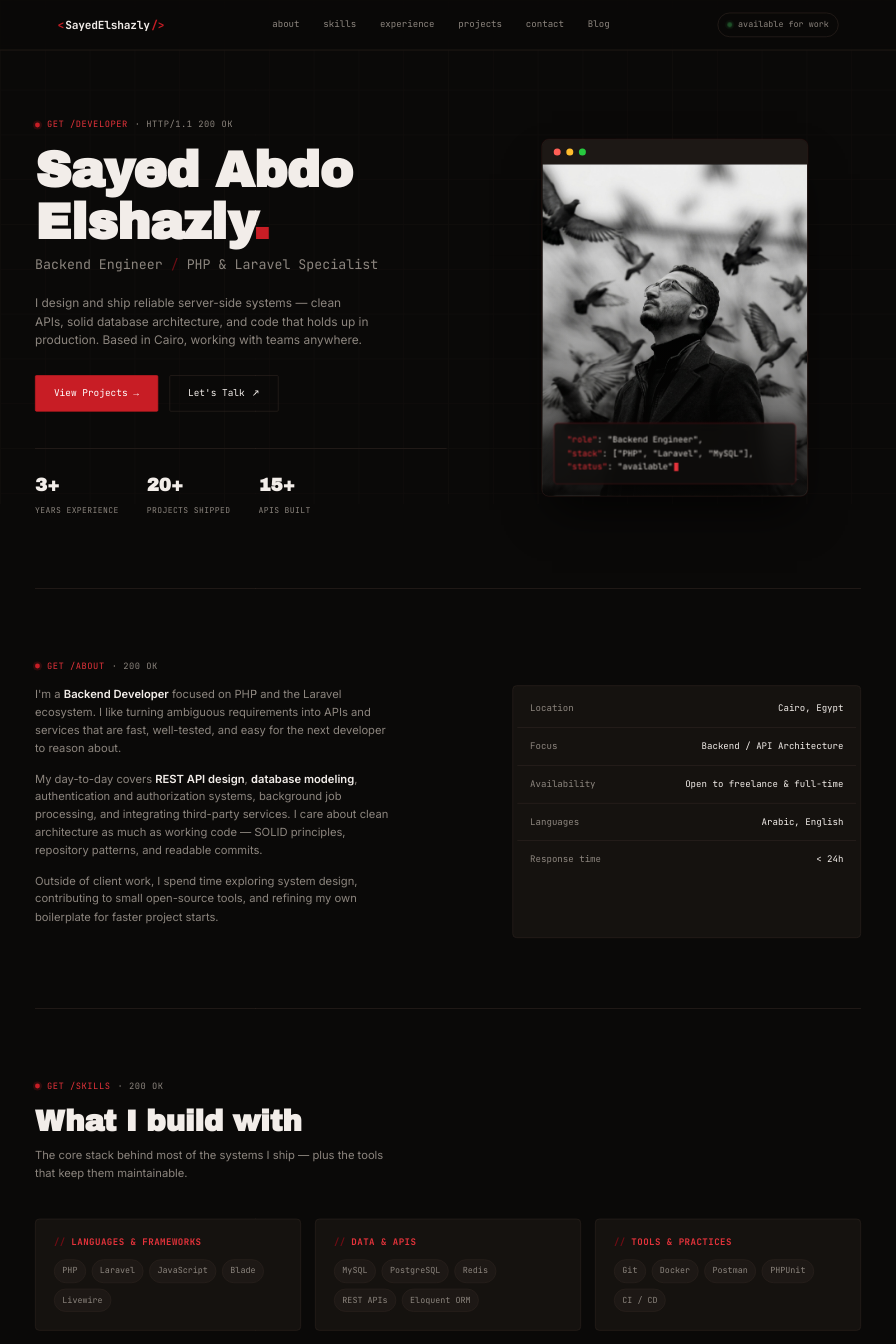
Repository: sayedelshazly/Portfolio.SE
Page: index.html
The author's editor kept a copy of each file at every save. The page is drawn from the files as they stood at one save, then again after the next save.
The browser window is 1280 px wide. The pictures show the part of the page from y = 0 to 1920 px (the page is 4839 px tall before and 5736 px after), at 70% of full size.

Above is the page before, as saved 2026-10-09 23:09:15.

### index.html
<!DOCTYPE html>
<html lang="en">

<head>
  <meta charset="UTF-8">
  <meta name="viewport" content="width=device-width, initial-scale=1.0">
  <title>Sayed Elshazly — Backend Engineer</title>
  <script>
    document.documentElement.classList.add('is-loading');
    window.__pageLoadStartedAt = performance.now();
  </script>
  <link rel="preconnect" href="https://fonts.googleapis.com">
  <link rel="preconnect" href="https://fonts.gstatic.com" crossorigin>
  <link
    href="https://fonts.googleapis.com/css2?family=Archivo+Black&family=JetBrains+Mono:wght@400;500;600;700&family=Inter:wght@400;500;600;700;800&display=swap"
    rel="stylesheet">
  <link rel="stylesheet" href="style.css">
</head>

<body>

  <div class="preloader" id="preloader" role="status" aria-live="polite" aria-label="Loading website">
    <div class="loader-content">
      <span class="loader-mark"><span>&lt;</span>SE<span>/&gt;</span></span>
      <span class="loader-spinner" aria-hidden="true"></span>
      <span class="loader-text">Preparing your experience</span>
      <span class="loader-progress" aria-hidden="true"><span></span></span>
    </div>
  </div>

  <header>
    <div class="reading-progress" aria-hidden="true"><span id="readingProgress"></span></div>
    <nav>
      <a class="logo" href="#top" aria-label="Sayed Elshazly, back to top"><span class="br">&lt;</span>SayedElshazly<span class="br">/&gt;</span></a>
      <ul class="nav-links">
        <li><a href="#about">about</a></li>
        <li><a href="#skills">skills</a></li>
        <li><a href="#experience">experience</a></li>
        <li><a href="#projects">projects</a></li>
        <li><a href="#contact">contact</a></li>
        <li><a href="#">Blog</a></li>
      </ul>
      <div class="status-pill"><span class="dot"></span><span class="label">available for work</span></div>
    </nav>
  </header>

  <main>

    <!-- ================= HERO ================= -->
    <section class="hero wrap" id="top">
      <div>
        <div class="eyebrow">GET /developer <span class="status">· HTTP/1.1 200 OK</span></div>
        <h1>Sayed Abdo Elshazly<span class="accent">.</span></h1>
        <div class="role">Backend Engineer <span class="pipe">/</span> PHP &amp; Laravel Specialist</div>
        <p class="lede">I design and ship reliable server-side systems — clean APIs, solid database
          architecture, and code that holds up in production. Based in Cairo, working with teams
          anywhere.</p>
        <div class="btn-row">
          <a href="#projects" class="btn btn-primary">View Projects →</a>
          <a href="#contact" class="btn btn-ghost">Let's Talk <span aria-hidden="true">↗</span></a>
        </div>
        <div class="stat-row">
          <div class="stat"><b>3+</b><span>Years Experience</span></div>
          <div class="stat"><b>20+</b><span>Projects Shipped</span></div>
          <div class="stat"><b>15+</b><span>APIs Built</span></div>
        </div>
      </div>

      <div class="term-card">
        <div class="term-bar">
          <span class="tdot"></span><span class="tdot"></span><span class="tdot"></span>
          <!-- <span class="tpath">~/portfolio/profile.jpg</span> -->
        </div>
        <div class="term-photo">
          <img src="./portrait2.jpeg" alt="Portrait of Sayed Elshazly, backend engineer">
          <div class="scan"></div>
          <div class="term-json">
            <span class="k">"role"</span>: <span class="s">"Backend Engineer"</span>,<br>
            <span class="k">"stack"</span>: <span class="s">["PHP", "Laravel", "MySQL"]</span>,<br>
            <span class="k">"status"</span>: <span class="s">"available"</span><span class="cursor"></span>
          </div>
        </div>
      </div>
    </section>

    <!-- ================= ABOUT ================= -->
    <section class="about wrap" id="about">
      <div class="eyebrow">GET /about <span class="status">· 200 OK</span></div>
      <div class="about-grid">
        <div>
          <p>I'm a <b>Backend Developer</b> focused on PHP and the Laravel ecosystem. I like
            turning ambiguous requirements into APIs and services that are fast, well-tested,
            and easy for the next developer to reason about.</p>
          <p>My day-to-day covers <b>REST API design</b>, <b>database modeling</b>, authentication
            and authorization systems, background job processing, and integrating third-party
            services. I care about clean architecture as much as working code — SOLID principles,
            repository patterns, and readable commits.</p>
          <p>Outside of client work, I spend time exploring system design, contributing to small
            open-source tools, and refining my own boilerplate for faster project starts.</p>
        </div>
        <ul class="fact-list">
          <li><span>Location</span><span>Cairo, Egypt</span></li>
          <li><span>Focus</span><span>Backend / API Architecture</span></li>
          <li><span>Availability</span><span>Open to freelance &amp; full-time</span></li>
          <li><span>Languages</span><span>Arabic, English</span></li>
          <li><span>Response time</span><span>&lt; 24h</span></li>
        </ul>
      </div>
    </section>

    <!-- ================= SKILLS ================= -->
    <section class="skills wrap" id="skills">
      <div class="section-head">
        <div class="eyebrow">GET /skills <span class="status">· 200 OK</span></div>
        <h2>What I build with</h2>
        <p>The core stack behind most of the systems I ship — plus the tools that keep them
          maintainable.</p>
      </div>
      <div class="skill-groups">
        <div class="skill-card">
          <h3>Languages &amp; Frameworks</h3>
          <div class="tag-row">
            <span class="tag">PHP</span>
            <span class="tag">Laravel</span>
            <span class="tag">JavaScript</span>
            <span class="tag">Blade</span>
            <span class="tag">Livewire</span>
          </div>
        </div>
        <div class="skill-card">
          <h3>Data &amp; APIs</h3>
          <div class="tag-row">
            <span class="tag">MySQL</span>
            <span class="tag">PostgreSQL</span>
            <span class="tag">Redis</span>
            <span class="tag">REST APIs</span>
            <span class="tag">Eloquent ORM</span>
          </div>
        </div>
        <div class="skill-card">
          <h3>Tools &amp; Practices</h3>
          <div class="tag-row">
            <span class="tag">Git</span>
            <span class="tag">Docker</span>
            <span class="tag">Postman</span>
            <span class="tag">PHPUnit</span>
            <span class="tag">CI / CD</span>
          </div>
        </div>
      </div>
    </section>

    <!-- ================= EXPERIENCE ================= -->
    <section class="experience wrap" id="experience">
      <div class="section-head">
        <div class="eyebrow">GET /experience <span class="status">· 200 OK</span></div>
        <h2>Where I've worked</h2>
      </div>
      <div class="log">
        <div class="log-entry">
          <div class="log-head">
            <span class="log-hash">#a3f21c</span>
            <span class="log-date">2024 — Present</span>
          </div>
          <h3>Backend Developer <span>@ Company Name</span></h3>
          <ul>
            <li>Designed and maintained REST APIs for production applications</li>
            <li>Improved response times through query optimization and caching</li>
            <li>Contributed to Laravel service architecture and system migrations</li>
          </ul>
          <div class="tag-row"><span class="tag">Laravel</span><span class="tag">MySQL</span><span
              class="tag">Redis</span></div>
        </div>
        <div class="log-entry">
          <div class="log-head">
            <span class="log-hash">#7d19e0</span>
            <span class="log-date">2022 — 2024</span>
          </div>
          <h3>PHP Developer <span>@ Previous Company</span></h3>
          <ul>
            <li>Built internal tools to streamline team workflows</li>
            <li>Implemented authentication and role-based access control system</li>
            <li>Collaborated with frontend team to define API contracts and documentation</li>
          </ul>
          <div class="tag-row"><span class="tag">PHP</span><span class="tag">Laravel</span><span
              class="tag">Docker</span></div>
        </div>
        <div class="log-entry">
          <div class="log-head">
            <span class="log-hash">#e40b52</span>
            <span class="log-date">2021 — 2022</span>
          </div>
          <h3>Junior Web Developer <span>@ First Company</span></h3>
          <ul>
            <li>Developed and maintained features across client projects</li>
            <li>Learned production-grade Laravel practices and code review discipline</li>
          </ul>
          <div class="tag-row"><span class="tag">PHP</span><span class="tag">MySQL</span></div>
        </div>
      </div>
    </section>

    <!-- ================= PROJECTS ================= -->
    <section class="projects wrap" id="projects">
      <div class="section-head">
        <div class="eyebrow">GET /projects <span class="status">· 200 OK</span></div>
        <h2>Selected work</h2>
        <p>A handful of systems and APIs I've designed end-to-end, from schema to deployment.</p>
      </div>
      <div class="project-grid">

        <div class="project-card">
          <div class="pc-top">
            <span class="method get">GET</span>
            <span class="route">/projects/inventory-api</span>
            <span class="status-code">200 OK</span>
          </div>
          <div class="pc-body">
            <h3>Project Name — Inventory API</h3>
            <p>A Laravel inventory and order management API with stock tracking across warehouse locations.</p>
            <div class="tag-row" style="margin-bottom:18px;">
              <span class="tag">Laravel</span><span class="tag">MySQL</span><span class="tag">Redis</span>
            </div>
            <div class="pc-links">
              <a href="#">Live ↗</a>
              <a href="#">GitHub ↗</a>
            </div>
          </div>
        </div>

        <div class="project-card">
          <div class="pc-top">
            <span class="method post">POST</span>
            <span class="route">/projects/booking-system</span>
            <span class="status-code">201 Created</span>
          </div>
          <div class="pc-body">
            <h3>Project Name — Booking System</h3>
            <p>End-to-end reservation platform with conflict-free scheduling logic, payment
              integration, and an admin dashboard for operators.</p>
            <div class="tag-row" style="margin-bottom:18px;">
              <span class="tag">Laravel</span><span class="tag">Livewire</span><span class="tag">PostgreSQL</span>
            </div>
            <div class="pc-links">
              <a href="#">Live ↗</a>
              <a href="#">GitHub ↗</a>
            </div>
          </div>
        </div>

        <div class="project-card">
          <div class="pc-top">
            <span class="method get">GET</span>
            <span class="route">/projects/analytics-service</span>
            <span class="status-code">200 OK</span>
          </div>
          <div class="pc-body">
            <h3>Project Name — Analytics Service</h3>
            <p>An internal reporting API that aggregates events with scheduled jobs and exportable CSV/PDF reports.</p>
            <div class="tag-row" style="margin-bottom:18px;">
              <span class="tag">PHP</span><span class="tag">MySQL</span><span class="tag">Queues</span>
            </div>
            <div class="pc-links">
              <a href="#">Live ↗</a>
              <a href="#">GitHub ↗</a>
            </div>
          </div>
        </div>

        <div class="project-card">
          <div class="pc-top">
            <span class="method put">PUT</span>
            <span class="route">/projects/auth-service</span>
            <span class="status-code">200 OK</span>
          </div>
          <div class="pc-body">
            <h3>Project Name — Auth Microservice</h3>
            <p>Standalone authentication service with JWT, role-based permissions, and
              and rate-limited endpoints for secure client applications.</p>
            <div class="tag-row" style="margin-bottom:18px;">
              <span class="tag">Laravel Sanctum</span><span class="tag">Redis</span><span class="tag">Docker</span>
            </div>
            <div class="pc-links">
              <a href="#">Live ↗</a>
              <a href="#">GitHub ↗</a>
            </div>
          </div>
        </div>

      </div>
    </section>

    <!-- ================= CONTACT ================= -->
    <section class="contact wrap" id="contact">
      <div class="eyebrow">POST /contact <span class="status">· awaiting request body</span></div>
      <div class="contact-grid">
        <div class="contact-info">
          <h2 style="font-size:30px;margin-bottom:16px;">Let's build something.</h2>
          <p>Have a backend project, an API that needs shipping, or a team that needs a
            Laravel developer? Send a message — I read everything myself.</p>
          <ul class="contact-channels">
            <li><span>Email</span><a href="mailto:you@example.com">you@example.com</a></li>
            <li><span>GitHub</span><a href="#">github.com/yourname</a></li>
            <li><span>LinkedIn</span><a href="#">linkedin.com/in/yourname</a></li>
            <li><span>Phone</span><a href="#">+20 1xx xxx xxxx</a></li>
          </ul>
        </div>
        <div>
          <form id="contactForm">
            <div>
              <label for="fname">Name</label>
              <input type="text" id="fname" name="name" placeholder="Your name" required>
            </div>
            <div>
              <label for="femail">Email</label>
              <input type="email" id="femail" name="email" placeholder="you@example.com" required>
            </div>
            <div>
              <label for="fmsg">Message</label>
              <textarea id="fmsg" name="message" placeholder="Tell me about the project..." required></textarea>
            </div>
            <div class="json-preview" id="jsonPreview">{
              <span class="k">"name"</span>: <span class="v">""</span>,
              <span class="k">"email"</span>: <span class="v">""</span>,
              <span class="k">"message"</span>: <span class="v">""</span>
              }</div>
            <button type="submit" class="btn btn-primary"
              style="justify-content:center;border:none;cursor:pointer;">Send Request →</button>
          </form>
        </div>
      </div>
    </section>

  </main>

  <footer>
    <div class="wrap">
      <span>© 2026 SE. All rights reserved.</span>
      <span><a href="#top">↑ back to top</a></span>
    </div>
  </footer>

  <a class="back-to-top" href="#top" aria-label="Back to top">↑</a>

  <script src="main.js"></script>

</body>

</html>

Loaded but not shown: main.js (76 lines, source omitted); style.css (2091 lines, source omitted)

After the next save:
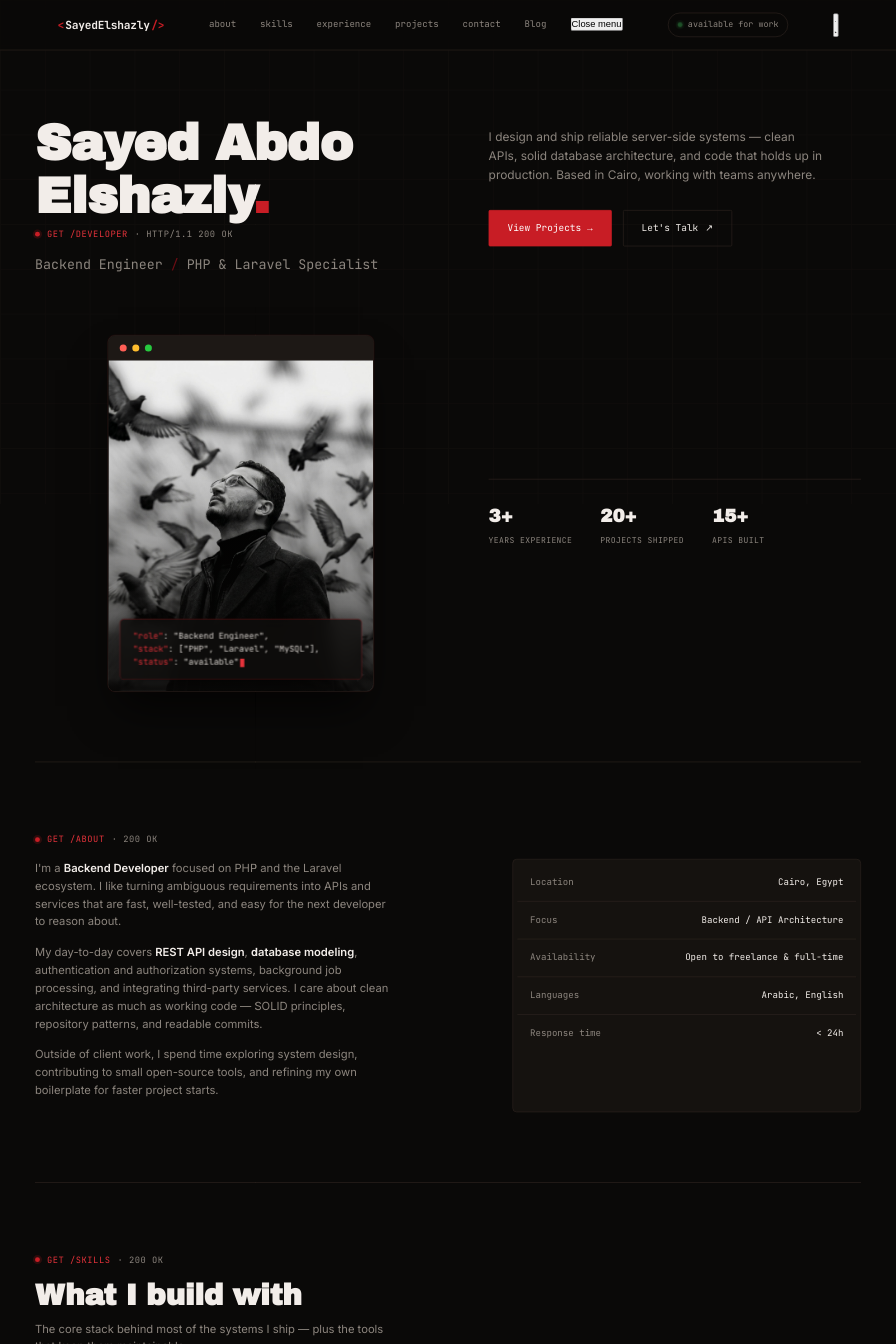
Saved 4 min 6 s later.
--- a/index.html
+++ b/index.html
@@ -3,9 +3,21 @@
 
 <head>
   <meta charset="UTF-8">
-  <meta name="viewport" content="width=device-width, initial-scale=1.0">
+  <meta name="viewport" content="width=device-width, initial-scale=1.0, viewport-fit=cover">
+  <meta name="color-scheme" content="dark light">
   <title>Sayed Elshazly — Backend Engineer</title>
   <script>
+    (() => {
+      const systemPrefersLight = window.matchMedia('(prefers-color-scheme: light)').matches;
+      try {
+        const savedTheme = localStorage.getItem('portfolio-theme');
+        document.documentElement.dataset.theme = savedTheme === 'light' || savedTheme === 'dark'
+          ? savedTheme
+          : (systemPrefersLight ? 'light' : 'dark');
+      } catch {
+        document.documentElement.dataset.theme = systemPrefersLight ? 'light' : 'dark';
+      }
+    })();
     document.documentElement.classList.add('is-loading');
     window.__pageLoadStartedAt = performance.now();
   </script>
@@ -32,15 +44,28 @@
     <div class="reading-progress" aria-hidden="true"><span id="readingProgress"></span></div>
     <nav>
       <a class="logo" href="#top" aria-label="Sayed Elshazly, back to top"><span class="br">&lt;</span>SayedElshazly<span class="br">/&gt;</span></a>
-      <ul class="nav-links">
+      <button class="nav-toggle" type="button" aria-expanded="false" aria-controls="site-navigation" aria-label="Open navigation">
+        <span></span><span></span>
+      </button>
+      <ul class="nav-links" id="site-navigation">
         <li><a href="#about">about</a></li>
         <li><a href="#skills">skills</a></li>
         <li><a href="#experience">experience</a></li>
         <li><a href="#projects">projects</a></li>
         <li><a href="#contact">contact</a></li>
-        <li><a href="#">Blog</a></li>
+        <li><a href="./blog.html" target="_self">Blog</a></li>
+        <li class="nav-close-item"><button class="nav-close" type="button">Close menu</button></li>
       </ul>
       <div class="status-pill"><span class="dot"></span><span class="label">available for work</span></div>
+      <button class="theme-toggle" id="themeToggle" type="button" aria-label="Switch to light mode" title="Switch to light mode">
+        <svg class="theme-icon-sun" viewBox="0 0 24 24" aria-hidden="true" focusable="false">
+          <circle cx="12" cy="12" r="4"></circle>
+          <path d="M12 2v2m0 16v2M4.93 4.93l1.42 1.42m11.3 11.3 1.42 1.42M2 12h2m16 0h2M4.93 19.07l1.42-1.42m11.3-11.3 1.42-1.42"></path>
+        </svg>
+        <svg class="theme-icon-moon" viewBox="0 0 24 24" aria-hidden="true" focusable="false">
+          <path d="M20.2 15.1A8.5 8.5 0 0 1 8.9 3.8 8.6 8.6 0 1 0 20.2 15.1Z"></path>
+        </svg>
+      </button>
     </nav>
   </header>
 
@@ -48,21 +73,19 @@
 
     <!-- ================= HERO ================= -->
     <section class="hero wrap" id="top">
-      <div>
+      <div class="hero-intro">
+        <h1>Sayed Abdo Elshazly<span class="accent">.</span></h1>
         <div class="eyebrow">GET /developer <span class="status">· HTTP/1.1 200 OK</span></div>
-        <h1>Sayed Abdo Elshazly<span class="accent">.</span></h1>
         <div class="role">Backend Engineer <span class="pipe">/</span> PHP &amp; Laravel Specialist</div>
+      </div>
+
+      <div class="hero-support">
         <p class="lede">I design and ship reliable server-side systems — clean APIs, solid database
           architecture, and code that holds up in production. Based in Cairo, working with teams
           anywhere.</p>
         <div class="btn-row">
           <a href="#projects" class="btn btn-primary">View Projects →</a>
           <a href="#contact" class="btn btn-ghost">Let's Talk <span aria-hidden="true">↗</span></a>
-        </div>
-        <div class="stat-row">
-          <div class="stat"><b>3+</b><span>Years Experience</span></div>
-          <div class="stat"><b>20+</b><span>Projects Shipped</span></div>
-          <div class="stat"><b>15+</b><span>APIs Built</span></div>
         </div>
       </div>
 
@@ -80,6 +103,12 @@
             <span class="k">"status"</span>: <span class="s">"available"</span><span class="cursor"></span>
           </div>
         </div>
+      </div>
+
+      <div class="stat-row">
+        <div class="stat"><b>3+</b><span>Years Experience</span></div>
+        <div class="stat"><b>20+</b><span>Projects Shipped</span></div>
+        <div class="stat"><b>15+</b><span>APIs Built</span></div>
       </div>
     </section>
 
@@ -210,6 +239,9 @@
       <div class="project-grid">
 
         <div class="project-card">
+          <figure class="project-visual">
+            <img src="./assets/inventory-preview.svg" alt="Illustrative inventory dashboard preview" loading="lazy" decoding="async">
+          </figure>
           <div class="pc-top">
             <span class="method get">GET</span>
             <span class="route">/projects/inventory-api</span>
@@ -229,6 +261,9 @@
         </div>
 
         <div class="project-card">
+          <figure class="project-visual">
+            <img src="./assets/booking-preview.svg" alt="Illustrative booking calendar preview" loading="lazy" decoding="async">
+          </figure>
           <div class="pc-top">
             <span class="method post">POST</span>
             <span class="route">/projects/booking-system</span>
@@ -249,6 +284,9 @@
         </div>
 
         <div class="project-card">
+          <figure class="project-visual">
+            <img src="./assets/analytics-preview.svg" alt="Illustrative analytics dashboard preview" loading="lazy" decoding="async">
+          </figure>
           <div class="pc-top">
             <span class="method get">GET</span>
             <span class="route">/projects/analytics-service</span>
@@ -268,6 +306,9 @@
         </div>
 
         <div class="project-card">
+          <figure class="project-visual">
+            <img src="./assets/auth-preview.svg" alt="Illustrative authentication service preview" loading="lazy" decoding="async">
+          </figure>
           <div class="pc-top">
             <span class="method put">PUT</span>
             <span class="route">/projects/auth-service</span>
@@ -276,7 +317,7 @@
           <div class="pc-body">
             <h3>Project Name — Auth Microservice</h3>
             <p>Standalone authentication service with JWT, role-based permissions, and
-              and rate-limited endpoints for secure client applications.</p>
+              rate-limited endpoints for secure client applications.</p>
             <div class="tag-row" style="margin-bottom:18px;">
               <span class="tag">Laravel Sanctum</span><span class="tag">Redis</span><span class="tag">Docker</span>
             </div>
